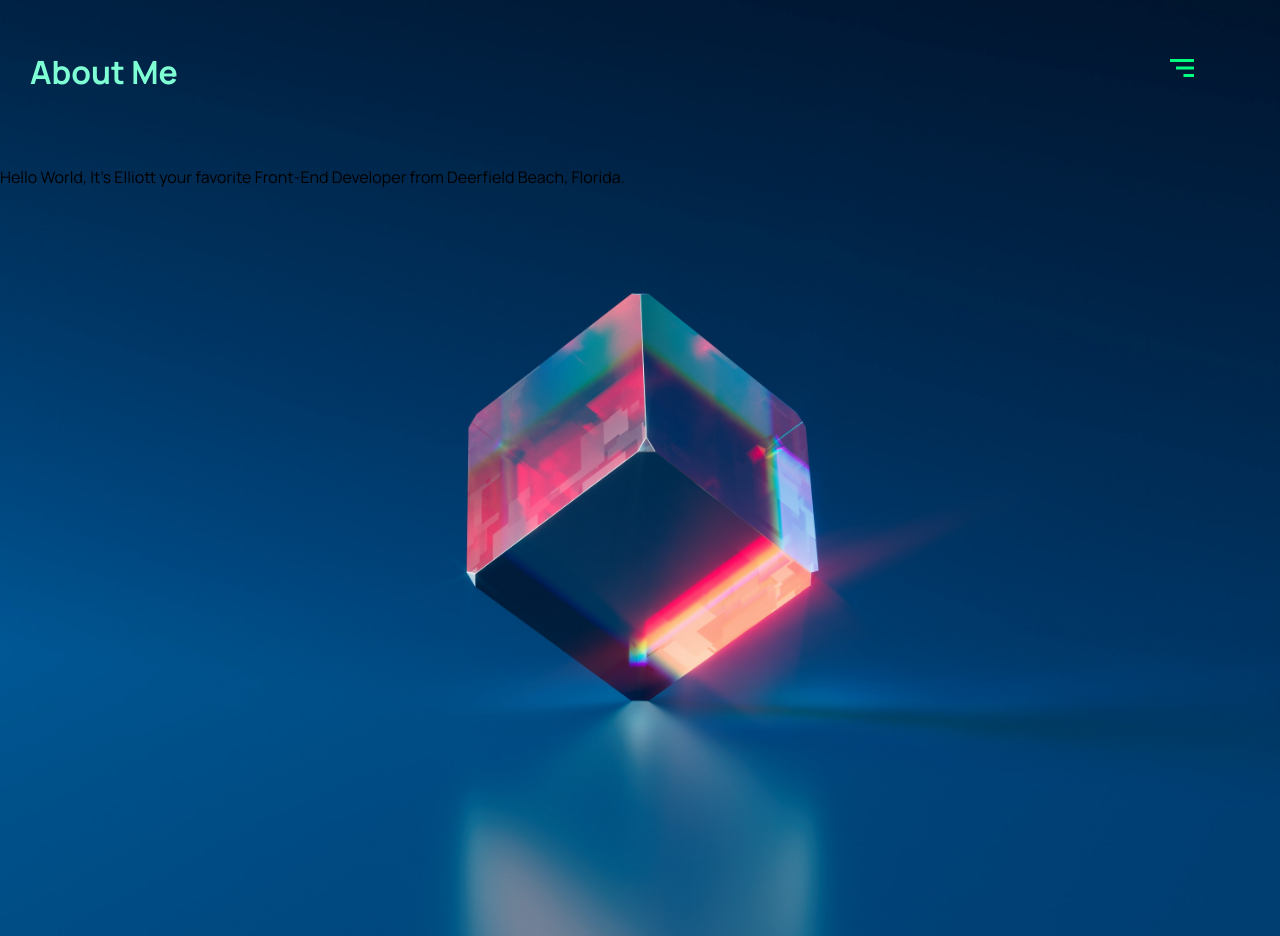
Repository: elaiken/portfolio
Page: /about-me
These files come from the project's save history. The page is drawn as it stood at one moment and after the next save; the edit follows.
The browser window is 1280 px wide. The pictures show the whole page.
The project was rebuilt for these pictures with package versions that can differ from the ones it lists, and the page was loaded fresh each time. Also part of the build but not shown: src/components/Error.js, src/components/Home.js, src/data/projects.js, src/components/Projects.js, src/components/Contacts.js.

Above is the page before, as saved 2021-11-30 20:25:33.

After the next save:
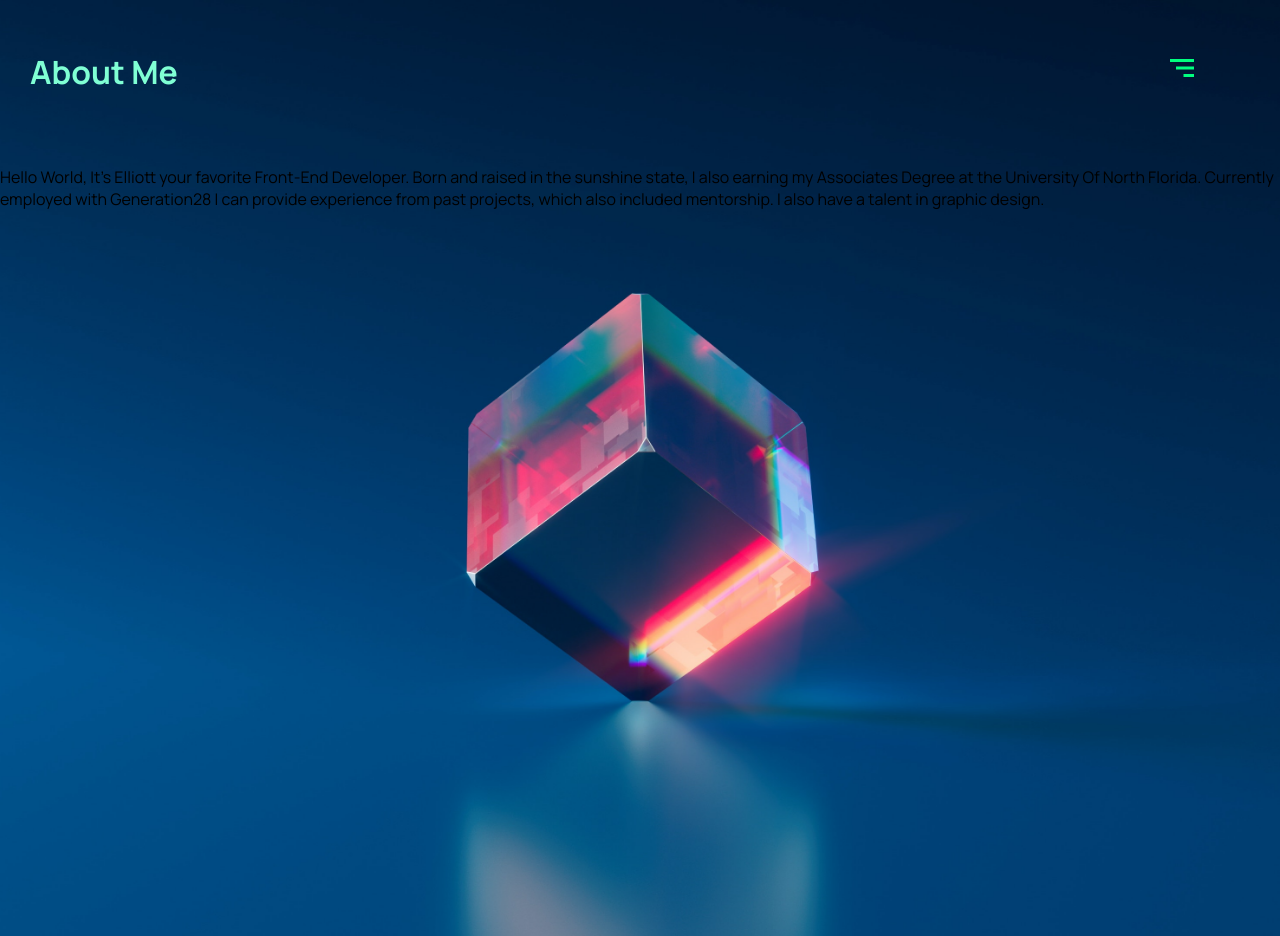
Saved 7 min 41 s later.
--- a/src/components/About.js
+++ b/src/components/About.js
@@ -13,7 +13,12 @@
                 </div>
                 <p>
                     Hello World,
-                    It's Elliott your favorite Front-End Developer from Deerfield Beach, Florida.
+                    It's Elliott your favorite Front-End Developer.
+                    Born and raised in the sunshine state, I also earning my
+                    Associates Degree at the University Of North Florida.
+                    Currently employed with Generation28 I can provide experience
+                    from past projects, which also included mentorship. I also have a
+                    talent in graphic design.
 
                 </p>
             </div>
